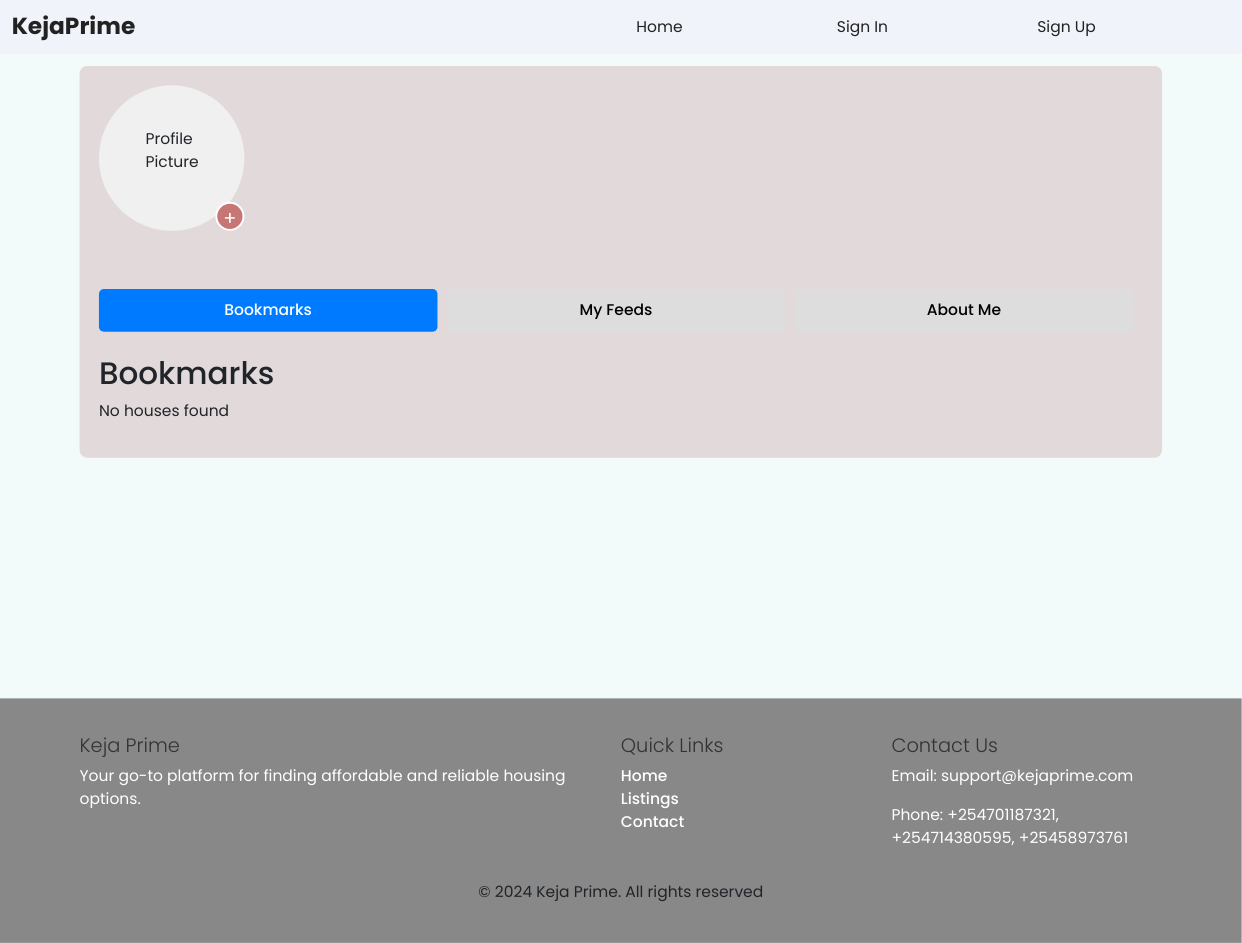
Repository: Pascal7601/kejaPrime
Page: /profile (app in frontend/)
An editor plug-in stored every save of this project. The page is shown before and after a run of saves, followed by the edit.
The browser window is 1280 px wide. The pictures show the whole page, at 97% of full size.
The page's requests for data from a server got no answer. The project was rebuilt for these pictures with package versions that can differ from the ones it lists, and the page was loaded fresh each time. No one was signed in, and anything a server would have sent is missing. Also part of the build but not shown: frontend/vite.config.js, frontend/src/styles/HeroSection.css, frontend/src/components/HeroSection.jsx, frontend/src/pages/Home.jsx, frontend/src/components/Houses.jsx, frontend/src/pages/Listings.jsx, frontend/src/styles/PostHouse.css, frontend/src/pages/PostHouse.jsx and 10 more.

Above is the page before, as saved 2024-10-22 14:47:11.

After the next 2 saves:
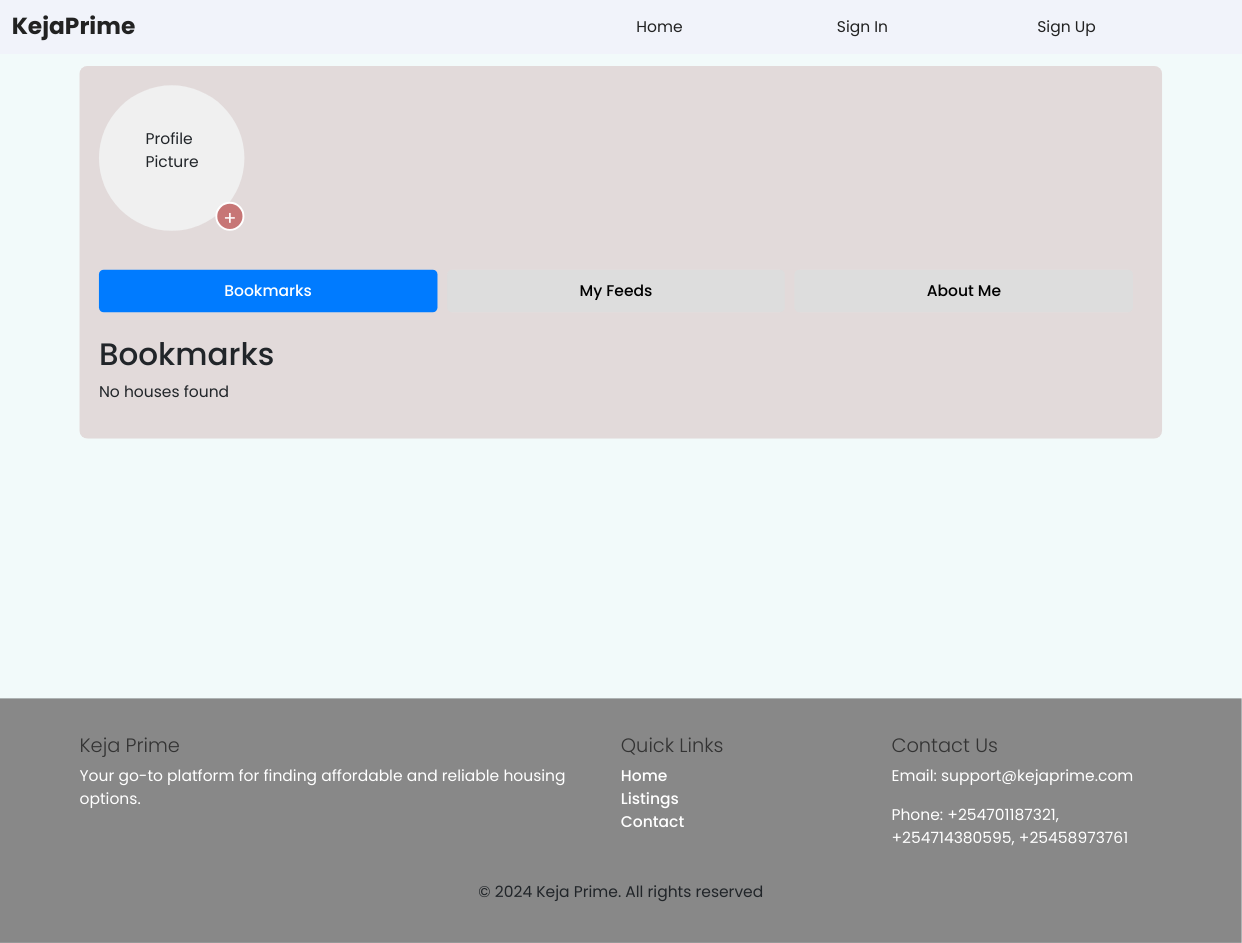
The 2 saves are shown as one change because they came seconds apart.
The last was saved 22 s later.
--- a/frontend/src/styles/Profile.css
+++ b/frontend/src/styles/Profile.css
@@ -54,7 +54,7 @@
   width: 100%;
 }
 .profile-header {
-    margin-bottom: 60px;
+    margin-bottom: 40px;
 }
 .profile-picture-container {
   position: relative;
